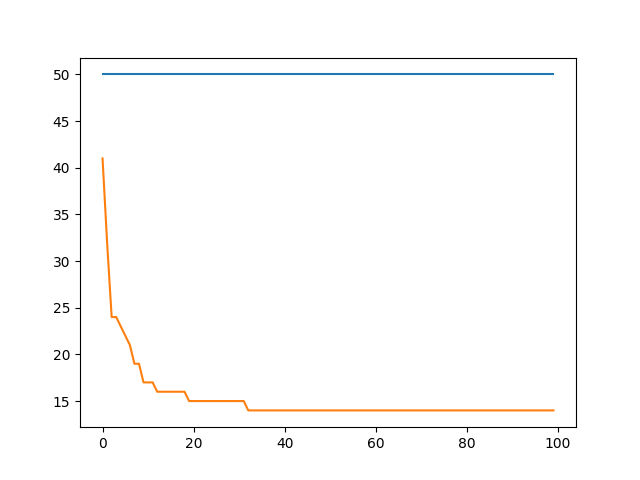
Repository: PatLaCisay/python-hawkdove-master
Script's output: python hawkdove.py
The author's editor kept a copy of each file at every save. The script's output is drawn from the files as they stood at one save, then again after the next save.
Random numbers start from a fixed seed.

Above is the script's output before, as saved 2023-03-07 11:27:04.

After the next save:
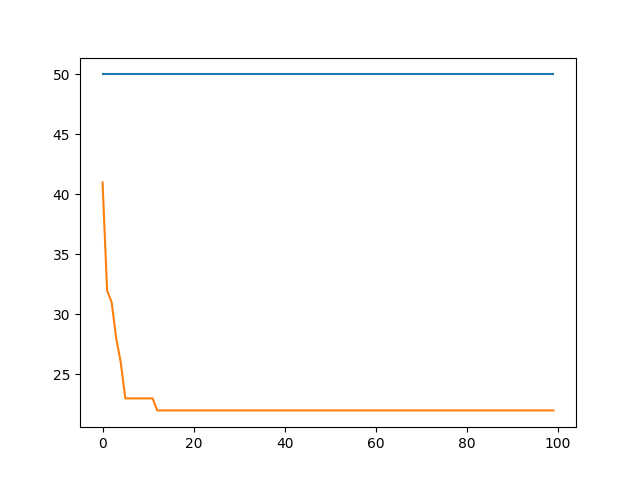
Saved 25 s later.
--- a/hawkdove.py
+++ b/hawkdove.py
@@ -12,8 +12,8 @@ STARTING_ENERGY = 100
 MIN_FOOD_PER_ROUND = 20
 MAX_FOOD_PER_ROUND = 70
 
-ENERGY_REQUIRED_FOR_REPRODUCTION = 20000000
-ENERGY_LOSS_PER_ROUND = 2 #C
+ENERGY_REQUIRED_FOR_REPRODUCTION = 20000
+ENERGY_LOSS_PER_ROUND = 20 #C
 ENERGY_COST_OF_BLUFFING = 10
 ENERGY_LOSS_FROM_FIGHTING = 200
 
